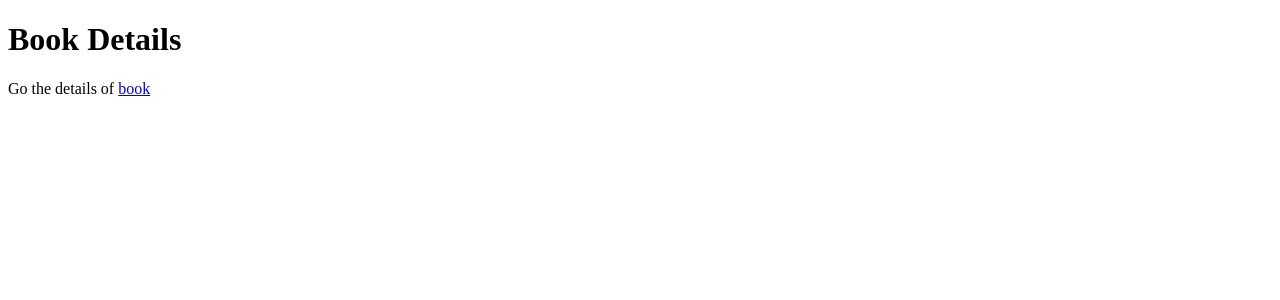
Repository: prashantvadlamani/Library-Management-System
Page: http://localhost/myweb/
These files come from the project's save history. The page is drawn as it stood at one moment and after the next save; the edit follows.
The browser window is 1280 px wide. The pictures show the whole page.
The page is served by Tomcat 9.

Above is the page before, as saved 2018-08-16 08:44:23.

After the next save:
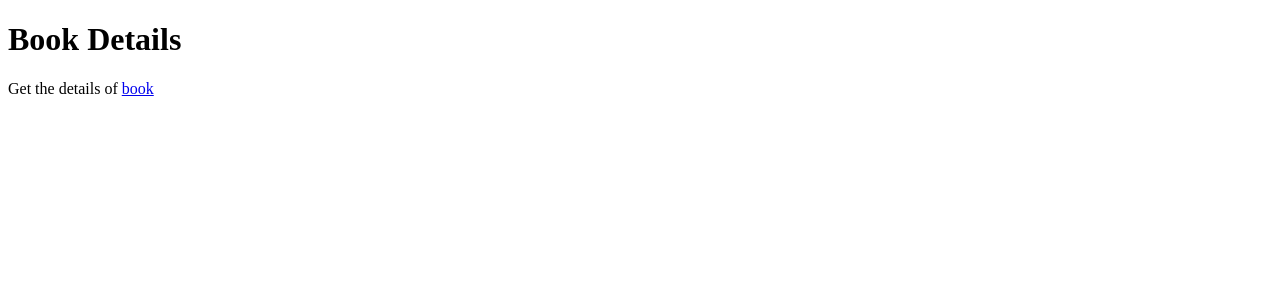
Saved 15 min 42 s later.
--- a/myweb/WebContent/index.jsp
+++ b/myweb/WebContent/index.jsp
@@ -8,6 +8,7 @@
 </head>
 <body>
 	<h1>Book Details</h1>
-	<p>Go the details of <a href="MyServlet">book</a></p>
+	<p>Get the details of <a href="MyServlet">book</a></p>
+	<p>
 </body>
 </html>
